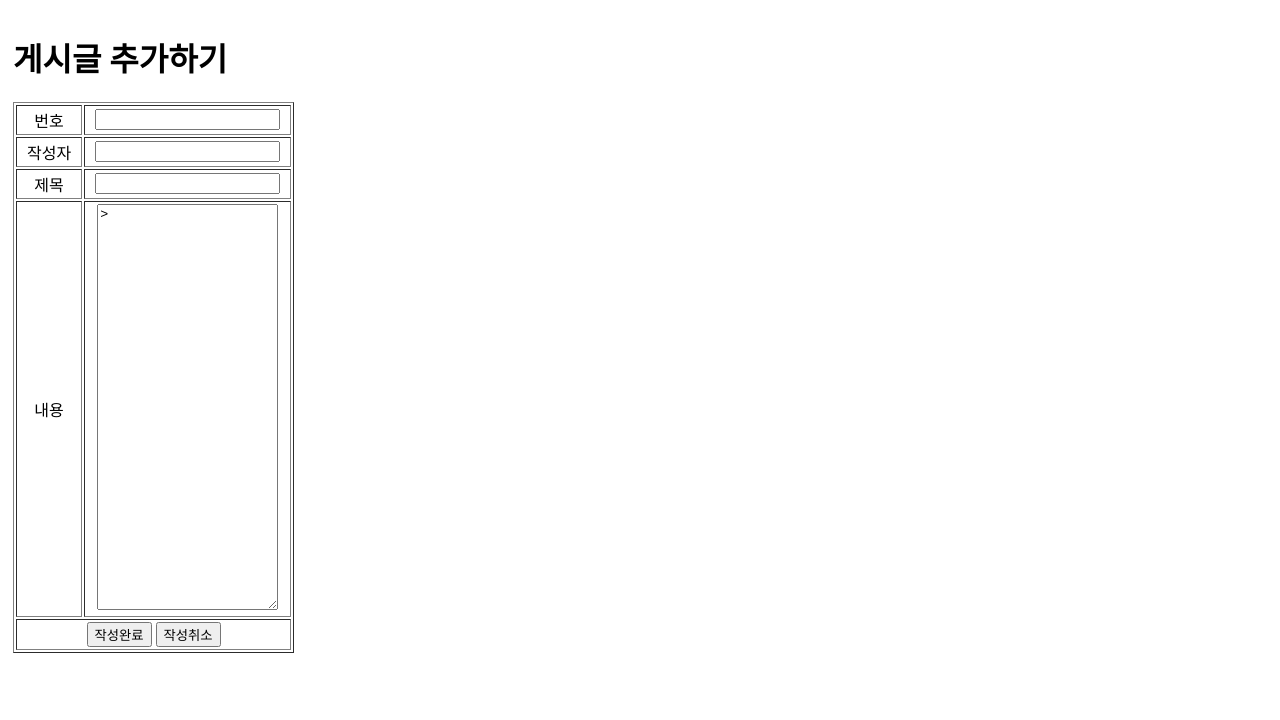
Repository: jjuhye/JSPWorkspace
Page: http://localhost/basic/00_board/_04_addBoard.jsp
The author's editor kept a copy of each file at every save. The page is drawn from the files as they stood at one save, then again after the next save.
The browser window is 1280 px wide. The pictures show the whole page.
The page is served by Tomcat 9. Other server files are loaded and not shown.

Above is the page before, as saved 2023-02-24 07:36:54.

### basic/src/main/webapp/00_board/_04_addBoard.jsp
<%@ page language="java" contentType="text/html; charset=UTF-8"
    pageEncoding="UTF-8"%>
<!DOCTYPE html>
<html>
<head>
<meta charset="UTF-8">
<title>게시글 추가</title>
<link rel="stylesheet" href="./board.css">
</head>
<body>
<div>
	<h1> 게시글 추가하기 </h1>
	<form action="_04_addBoardPro.jsp" method="post">
	<table border="1">
		<tr><td>번호</td>
		<td><input></td></tr>
		<tr><td>작성자</td>
		<td><input></td></tr>
		<tr><td>제목</td>
		<td><input></td></tr>
		<tr><td>내용</td>
		<td><textarea>></textarea></td></tr>
		<tr><td colspan="2"><input type="button" name="write" value="작성완료">
	    	<button onclick="location.href='_00_main.jsp'">작성취소</button></td></tr>

	</table><br>
	</form>
	<!-- <a href="_00_main.jsp">뒤로가기</a> -->
</div>
</body>
</html>

### basic/src/main/webapp/00_board/board.css
@charset "UTF-8";



div{
	padding: 5px;
}

td{
	padding: 2px 10px;
	text-align:center;
}

textarea{
	height: 400px;
}

After the next save:
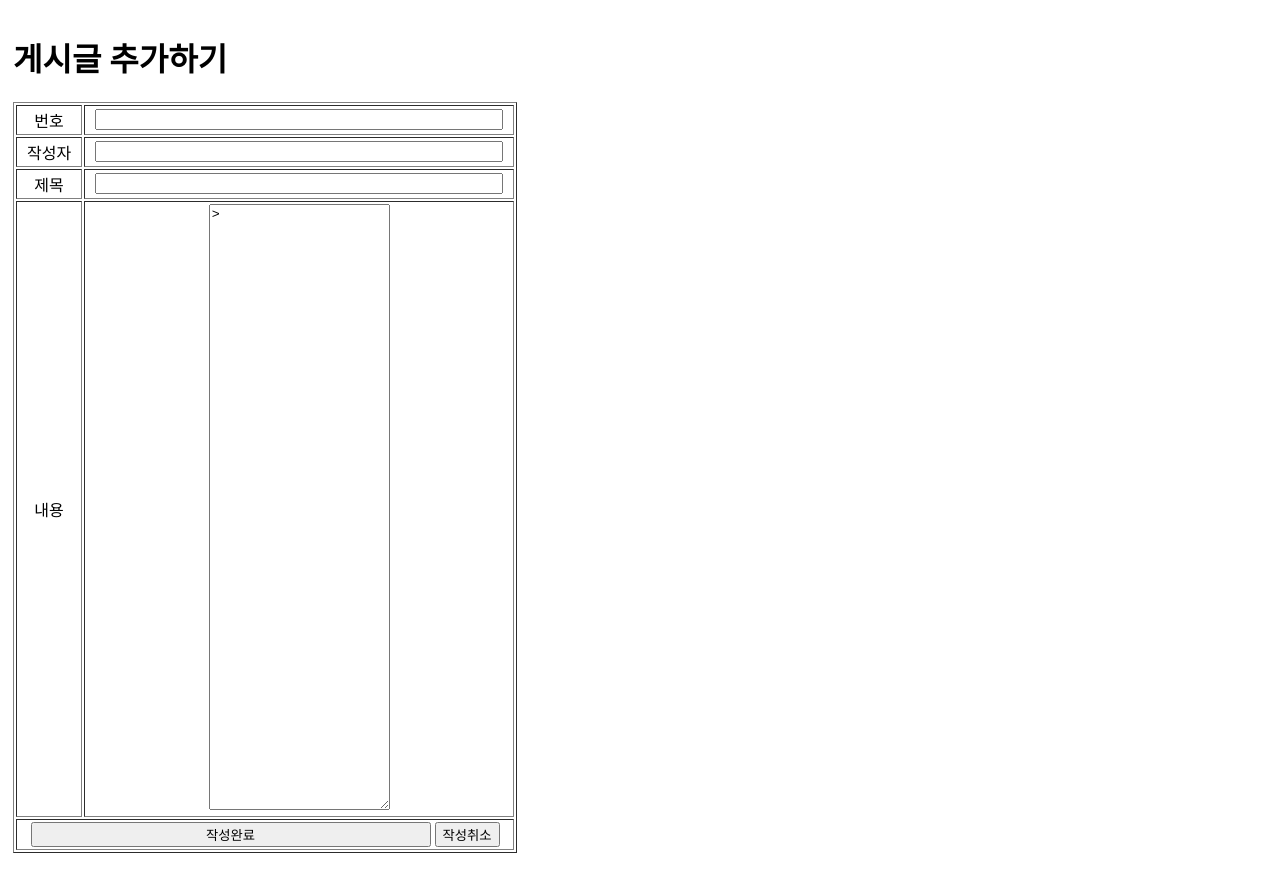
Saved 80 s later.
--- a/basic/src/main/webapp/00_board/board.css
+++ b/basic/src/main/webapp/00_board/board.css
@@ -11,6 +11,11 @@ td{
 	text-align:center;
 }
 
+input{
+	width: 400px;
+}
+
 textarea{
-	height: 400px;
+	height: 600px;
+
 }
